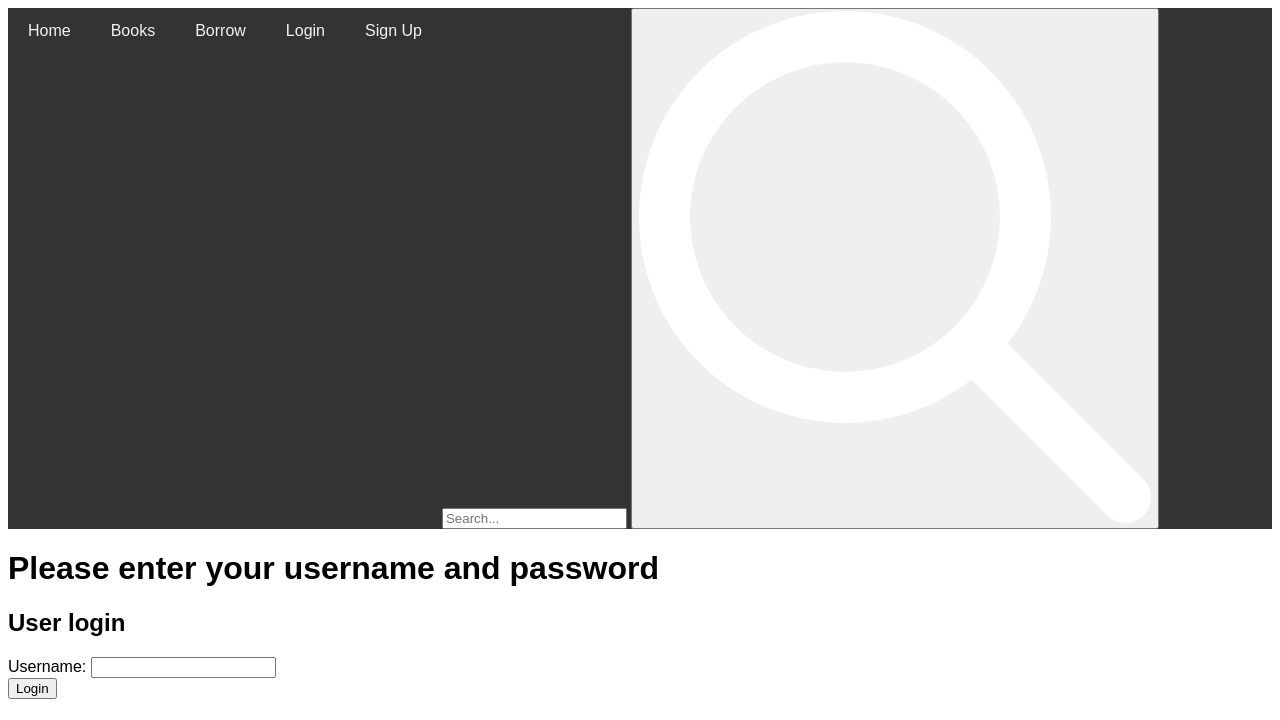
Repository: fadyesk12/Web-Technology-Course-Project
Page: auth/login.html
An editor plug-in stored every save of this project. The page is shown before and after a run of saves, followed by the edit.
The browser window is 1280 px wide. The pictures show the whole page.

Above is the page before, as saved 2024-04-19 02:45:39.

### auth/login.html
<!DOCTYPE html>
<html>
    <head>
        <title>User login</title>
        <style>
          #navbar {
            overflow: hidden;
            background-color: #333;
          }
          #navbar a {
            float: left;
            display: block;
            color: #f2f2f2;
            text-align: center;
            padding: 14px 20px;
            text-decoration: none;
          }
          #navbar a:hover {
            background-color: #ddd;
            color: black;
          }
          body {
           font-family: Arial, sans-serif;
          }
        </style>
    </head>
    <body>
          <div id="navbar">
            <a href="../index.html">Home</a>
            <a href="../book_list.html">Books</a>
            <a href="../borrow.html">Borrow</a>
            <a href="../auth/login.html">Login</a>
            <a href="../auth/signup.html">Sign Up</a>
            <div class ="search">
              <form action="" method="get">
                <input type="text" placeholder="Search...">
                <button type="submit"><img src="../PICS/search.png"></button>
              </form>
            </div>
          </div>

          <div class="container">
            <h1>Please enter your username and password</h1>
            <h2>User login</h2>

          <form>
            <div class="form-group">
              <label for="username">Username:</label>
            <input type="text" id = "username" name = "username" required>
            </div>


            <input type="submit" value="Login">

          </form>
          </div>

    </body>

</html>

After the next 2 saves:
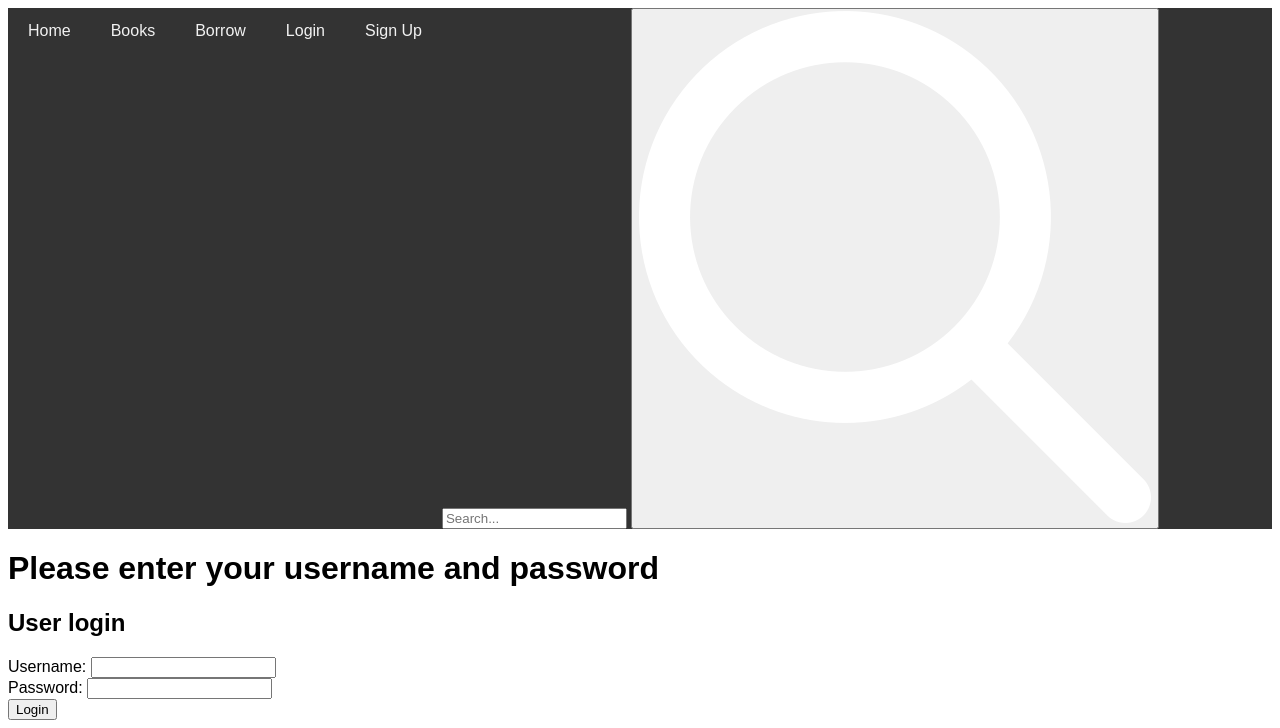
The 2 saves are shown as one change because they came seconds apart.
The last was saved 8 s later.
--- a/auth/login.html
+++ b/auth/login.html
@@ -48,7 +48,10 @@
               <label for="username">Username:</label>
             <input type="text" id = "username" name = "username" required>
             </div>
-
+            <div>
+              <label for="password">Password:</label>
+            <input type="password" id = "password" name = "password" required>
+            </div>
 
             <input type="submit" value="Login">
 
